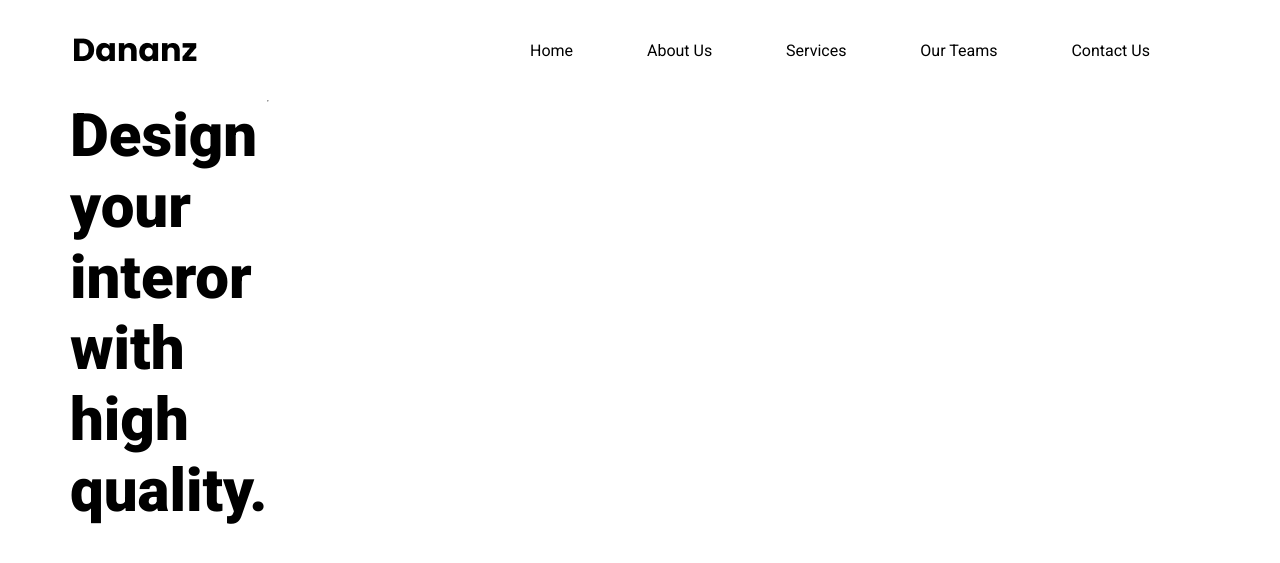
Repository: AsadKasimov/disain
Page: index.html
These files come from the project's save history. The page is drawn as it stood at one moment and after the next save; the edit follows.
The browser window is 1280 px wide. The pictures show the whole page.

Above is the page before, as saved 2023-04-20 01:12:14.

After the next save:
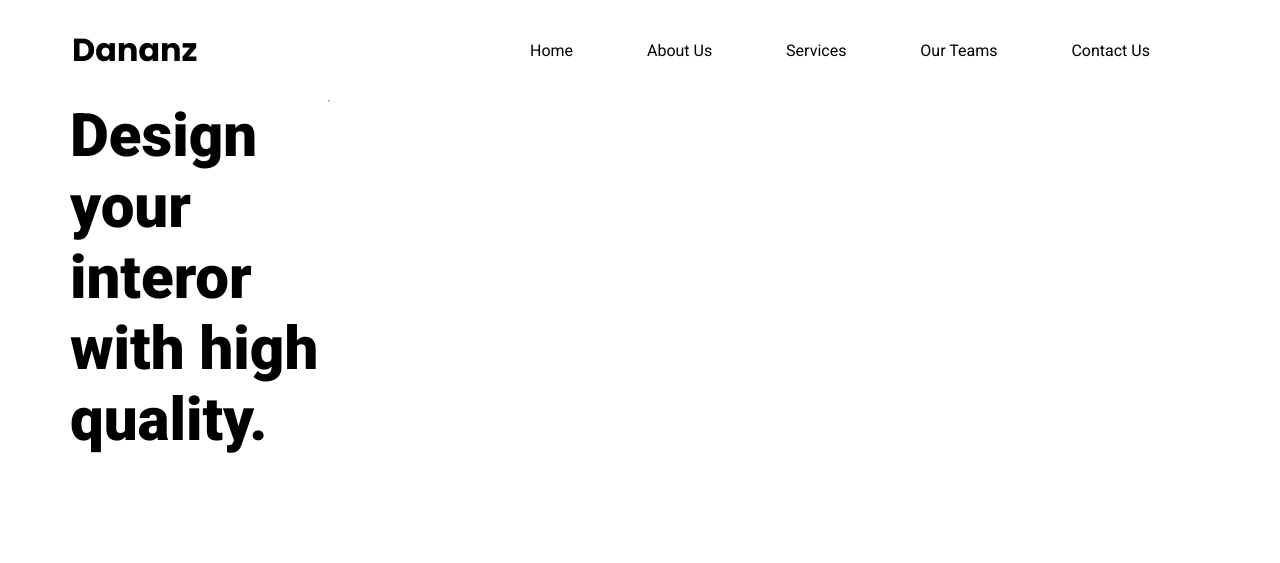
Saved 6 s later.
--- a/style.css
+++ b/style.css
@@ -118,7 +118,7 @@ h1 {
   display: flex;
   justify-content: flex-start;
   padding: 0 70px;
-  width: 200px;
+  width: 400px;
 }
 
 .text-menu{
